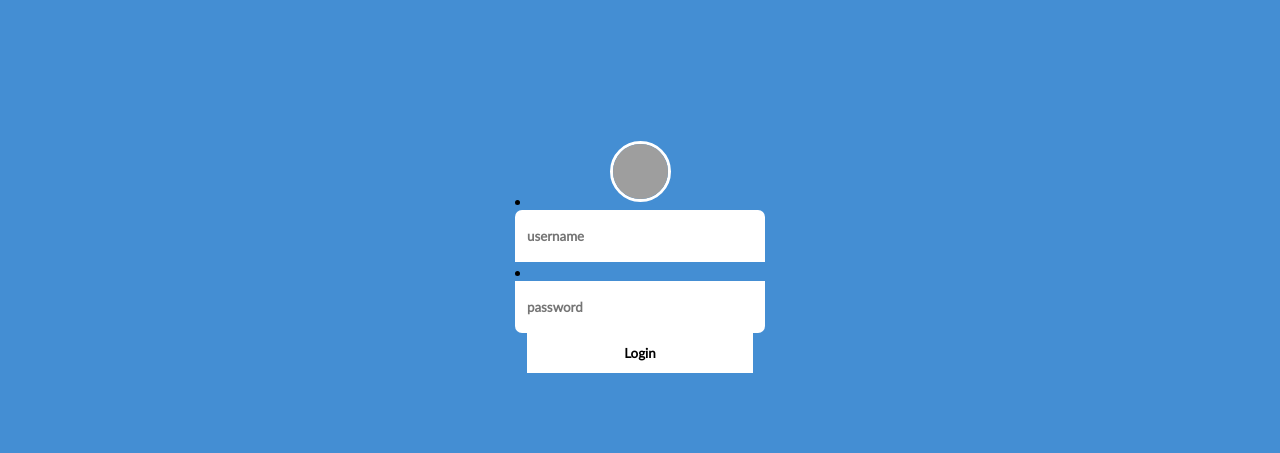
Repository: Naokiyuy/DigitalHum
Page: http://localhost/digital/backend/login.jsp
These files come from the project's save history. The page is drawn as it stood at one moment and after the next save; the edit follows.
The browser window is 1280 px wide. The pictures show the whole page.
Pictures or frames that could not be fetched are drawn as grey boxes. The page is served by Tomcat 9. Nobody is signed in. The application's start-up code is not run. Other server files are loaded and not shown.

Above is the page before, as saved 2015-03-23 19:07:27.

### digital/src/main/webapp/backend/login.jsp
<%@ page language="java" contentType="text/html; charset=UTF-8" pageEncoding="UTF-8"%>
<%@taglib prefix="c" uri="http://java.sun.com/jsp/jstl/core"%>
<!DOCTYPE html PUBLIC "-//W3C//DTD HTML 4.01 Transitional//EN" "http://www.w3.org/TR/html4/loose.dtd">
<html>
<head>
<style type="text/css">
@font-face {
  font-family: 'Lato';
  font-style: normal;
  font-weight: 400;
  src: local('Lato Regular'), local('Lato-Regular'), url(http://themes.googleusercontent.com/static/fonts/lato/v7/qIIYRU-oROkIk8vfvxw6QvesZW2xOQ-xsNqO47m55DA.woff) format('woff');
}

body {
	background: #448ed3 ;
	font-family: "Lato" ;
}
.wrap {
	width:250px;
	height: auto;
	margin: auto;
	margin-top: 10%;
}
.avatar {
	width: 100%;
	margin: auto;
	width: 65px;
	border-radius: 100px;
	height: 65px;
	background: #448ed3 ;
	position: relative;
	bottom: -15px;
}
.avatar img {
	width: 55px;
	height: 55px;
	border-radius: 100px;
	margin: auto;
	border:3px solid #fff;
	display: block;
}
.wrap input {
	border: none;
	background: #fff;
  font-family:Lato ;
  font-weight:700 ;
	display: block;
	height: 40px;
	outline: none;
	width: calc(100% - 24px) ;
	margin: auto;
	padding: 6px 12px 6px 12px;
}
.bar {
	width: 100%;
	height: 1px;
	background: #fff ;
}
.bar i {
	width: 95%;
	margin: auto;
	height: 1px ;
	display: block;
	background: #d1d1d1;
}
.wrap input[type="text"] {
	border-radius: 7px 7px 0px 0px ;
}
.wrap input[type="password"] {
	border-radius: 0px 0px 7px 7px ;
}
.forgot_link {
	color: #83afdf ;
	color: #83afdf;
	text-decoration: none;
	font-size: 11px;
	position: relative;
	left: 193px;
	top: -36px;
}
.wrap button {
	width: 100%;
	border-radius: 7px;
	background: #b6ee65;
	text-decoration: center;
	border: none;
	color: #51771a;
  margin-top:-5px;
	padding-top: 14px;
	padding-bottom: 14px;
	outline: none;
	font-size: 13px;
	border-bottom: 3px solid #307d63;
	cursor: pointer;
}
</style>
</head>
<body>

	<div class="wrap">
		<div class="avatar">
			<img src="http://cdn.ialireza.me/avatar.png" alt=""/>
		</div>
		<form method="post" action="/backend/j_spring_security_check">
			<li>
				<input name="j_username" type="text" placeholder="username" required/>
			</li>
			<li>
				<input name="j_password" type="password" placeholder="password" required/>
			</li>
			<div class="p-container">
				<input value="Login" type="submit" />
				<div class="clear"> </div>
			</div>
		</form>
	</div>


	<br />
	<c:if test="${param.status=='error'}">
		<label style="color:red">Invalid username or password!!</label>
	</c:if>
	<c:if test="${param.status=='logout'}">
		<label style="color:green">Logged out successfully!</label>
	</c:if>
</body>
</html>

After the next save:
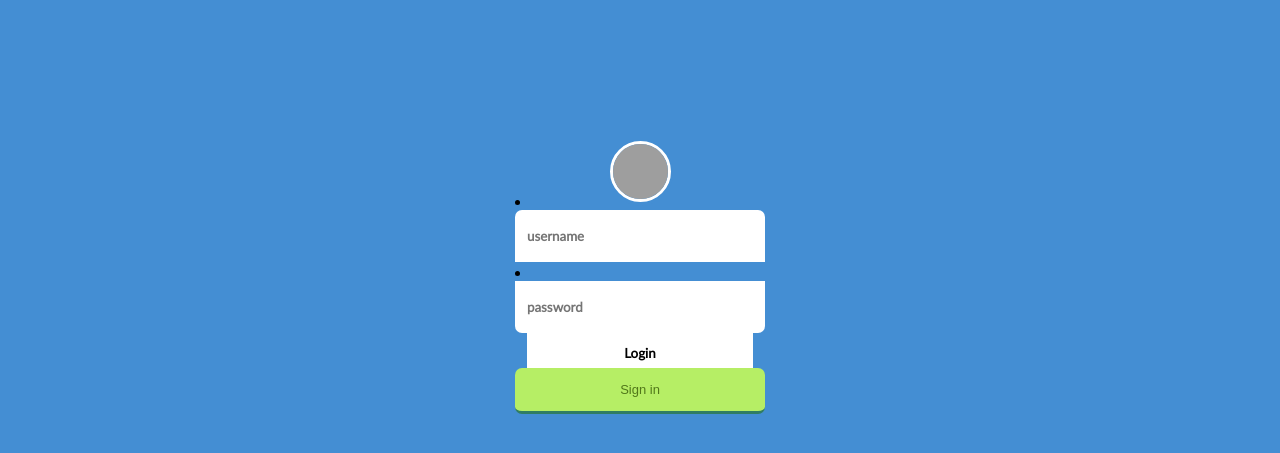
Saved 63 s later.
--- a/digital/src/main/webapp/backend/login.jsp
+++ b/digital/src/main/webapp/backend/login.jsp
@@ -110,7 +110,7 @@ body {
 			</li>
 			<div class="p-container">
 				<input value="Login" type="submit" />
-				<div class="clear"> </div>
+				<button>Sign in</button>
 			</div>
 		</form>
 	</div>
